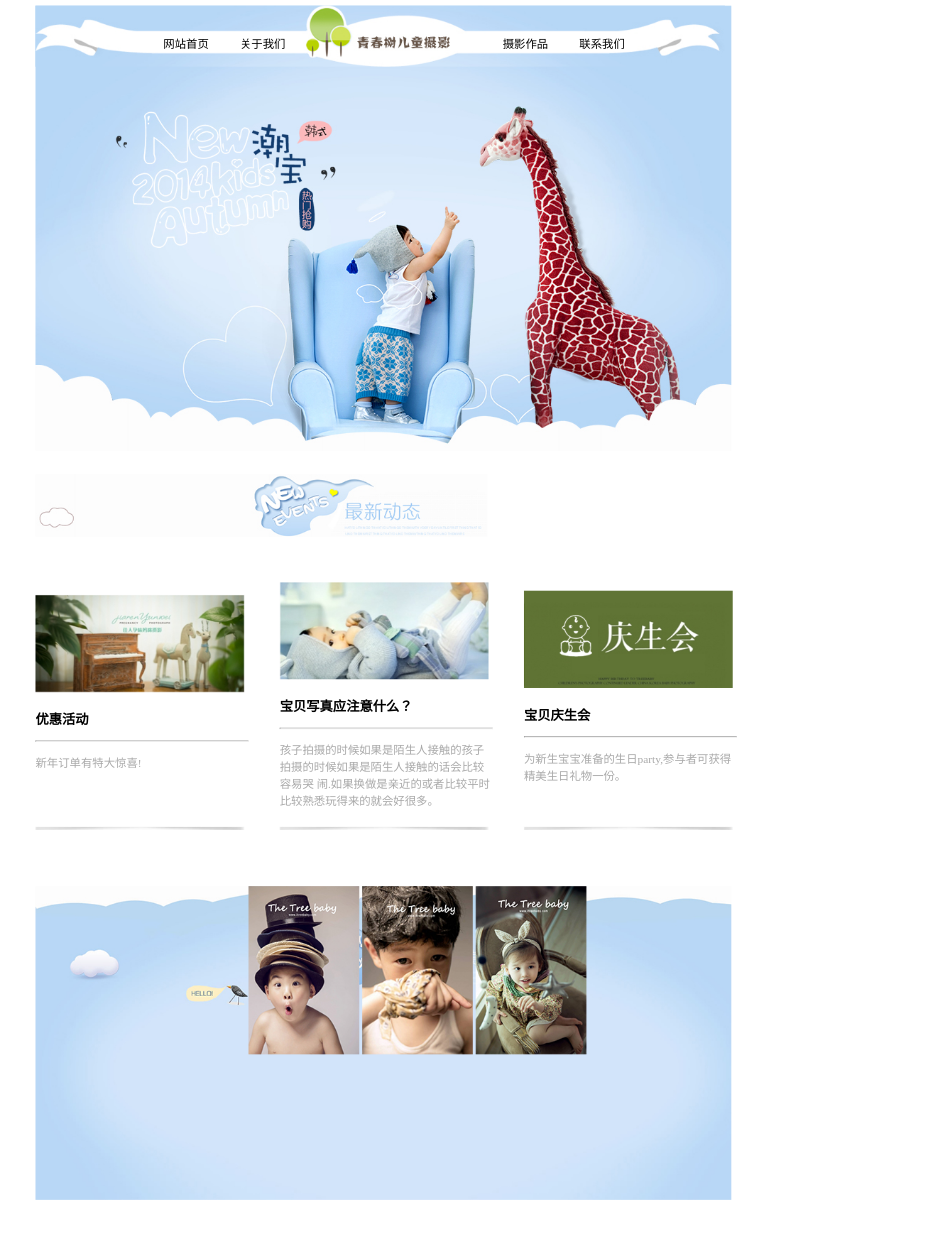
Repository: kxl666/kxl-Html
Page: 05.1.第五节任务(儿童摄影网)/index.html
An editor plug-in stored every save of this project. The page is shown before and after the next save, followed by the edit.
The browser window is 1280 px wide. The page is 1330 px wide, so the pictures cover 1330 px, including what lies to the right of the window. The pictures show the whole page, at 71% of full size.

Above is the page before, as saved 2021-09-16 22:33:25.

### 05.1.第五节任务(儿童摄影网)/index.html
<!DOCTYPE html>
<html lang="en">

<head>
    <meta charset="UTF-8">
    <meta http-equiv="X-UA-Compatible" content="IE=edge">
    <meta name="viewport" content="width=device-width, initial-scale=1.0">
    <title>Document</title>
    <link rel="stylesheet" href="style.css">
</head>

<body>
    <div class="content">
        <div class="header">
            <div class="dh">
                <div class="op">
                    <span>网站首页</span>
                    <span>关于我们</span>
                </div>
                <div class="po">
                    <span>摄影作品</span>
                    <span>联系我们</span>
                </div>
            </div>
        </div>

        <div class="midder">
            <img src="img/dongtai.jpg" id="img1">
            <div class="dt">
                <span>
                    <img src="img/news1.jpg">
                    <h3>优惠活动</h3>
                    <hr>
                    <p>新年订单有特大惊喜!</p><br><br><br>
                    <img src="img/yinying.jpg">
                </span>
                <span>
                    <img src="img/news2.jpg">
                    <h3>宝贝写真应注意什么？</h3>
                    <hr>
                    <p>孩子拍摄的时候如果是陌生人接触的孩子拍摄的时候如果是陌生人接触的话会比较容易哭
                        闹.如果换做是亲近的或者比较平时比较熟悉玩得来的就会好很多。
                        <br>

                    </p>
                    <img src="img/yinying.jpg">
                </span>
                <span>
                    <img src="img/news3.jpg">
                    <h3>宝贝庆生会</h3>
                    <hr>
                    <p>为新生宝宝准备的生日party,参与者可获得精美生日礼物一份。
                        <br><br><br>
                    </p>
                    <img src="img/yinying.jpg">
                </span>
            </div>
        </div>

        <div class="midder2">
            <div class="img2">
                <img src="img/img1.jpg">
                <img src="img/img2.jpg">
                <img src="img/img3.jpg">

            </div>
        </div>
        <div class="footer">

        </div>
    </div>
</body>

</html>

### 05.1.第五节任务(儿童摄影网)/style.css
.content {
    width: 1180px;
    margin: 0 auto;
}

.header {
    margin: 0 auto;
    height: 660px;
    width: 1180px;
    background: url(img/bg.jpg) no-repeat;
    /* background-size:940px 570px; */
}

.dh {
    margin: 0 auto;
    background: url(img/nav.jpg) no-repeat;
    padding: 40px 0 0 120px;
    height: 46px;
    width: 1160px;
    /* margin-top: 10px;  */
}


.op {
    float: left;
    margin-left: 60px;
}

.op span:nth-child(2) {
    padding-left: 40px;
}
.po {
    float: right;
    margin-right: 450px;
}

.po span:nth-child(2) {
    padding-left: 40px;
}

.midder {
    height: 540px;
    width: 1180px;
    margin: 0 auto;
}

#img1 {
    margin-bottom: 60px;
}
/* .dt {
    width: 1030px;
} */

.dt span {
    /* float: left; */
    display: inline-block;
    width: 300px;
    height: 200px;
    padding-left: 0px;
    padding-right: 40px;
}

.dt p {
    font-family: "微软雅黑";
    color: darkgrey;
}

.midder2 {
    background: url(img/xinshang.jpg) no-repeat;
    /* margin: 0 auto; */
    height: 500px;
    margin-top: 2px;
}

.img2 {
    margin: 40px 0px 0px 300px ;
}

After the next save:
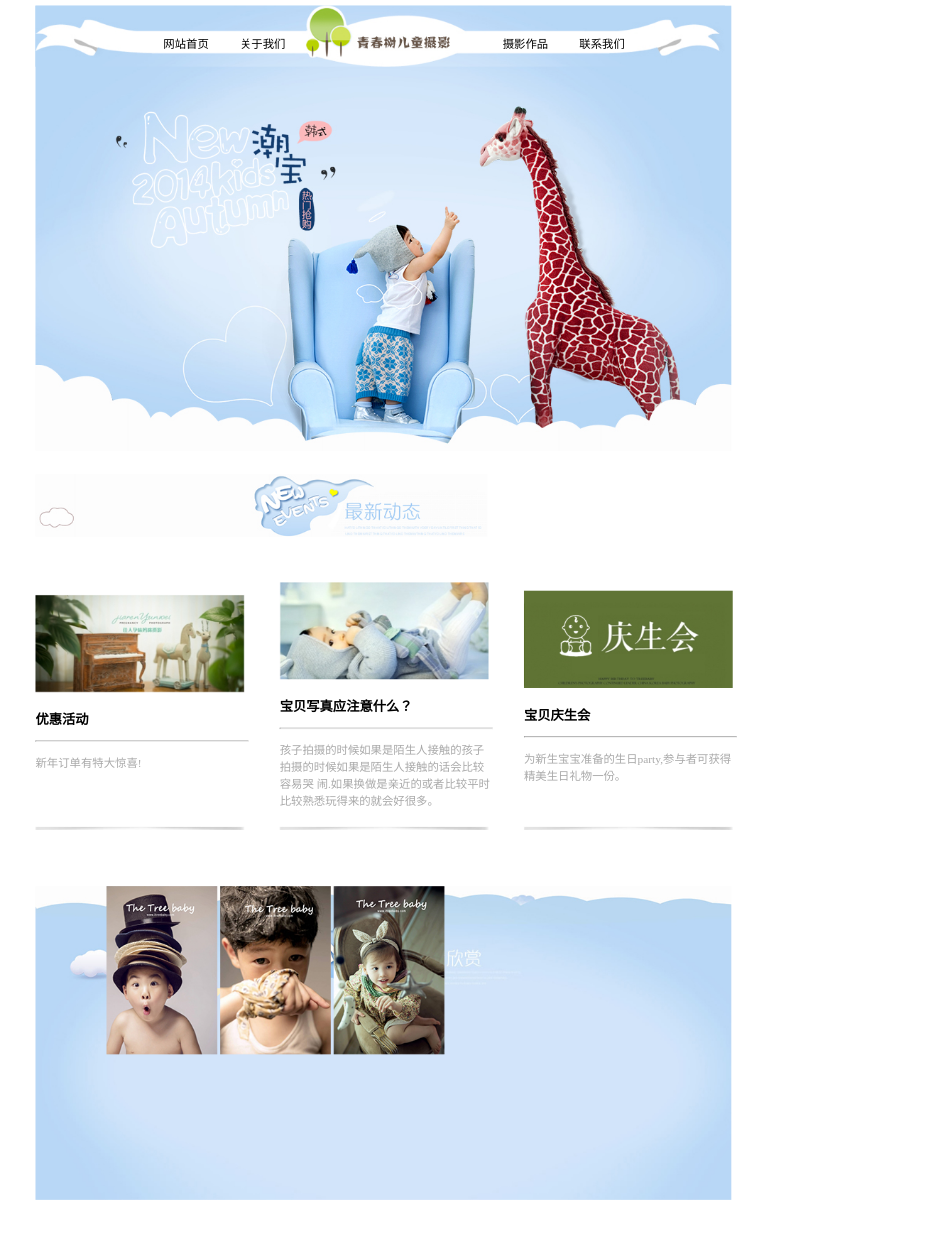
Saved 9 s later.
--- a/05.1.第五节任务(儿童摄影网)/style.css
+++ b/05.1.第五节任务(儿童摄影网)/style.css
@@ -73,5 +73,5 @@
 }
 
 .img2 {
-    margin: 40px 0px 0px 300px ;
+    margin: 40px 0px 0px 100px ;
 }
